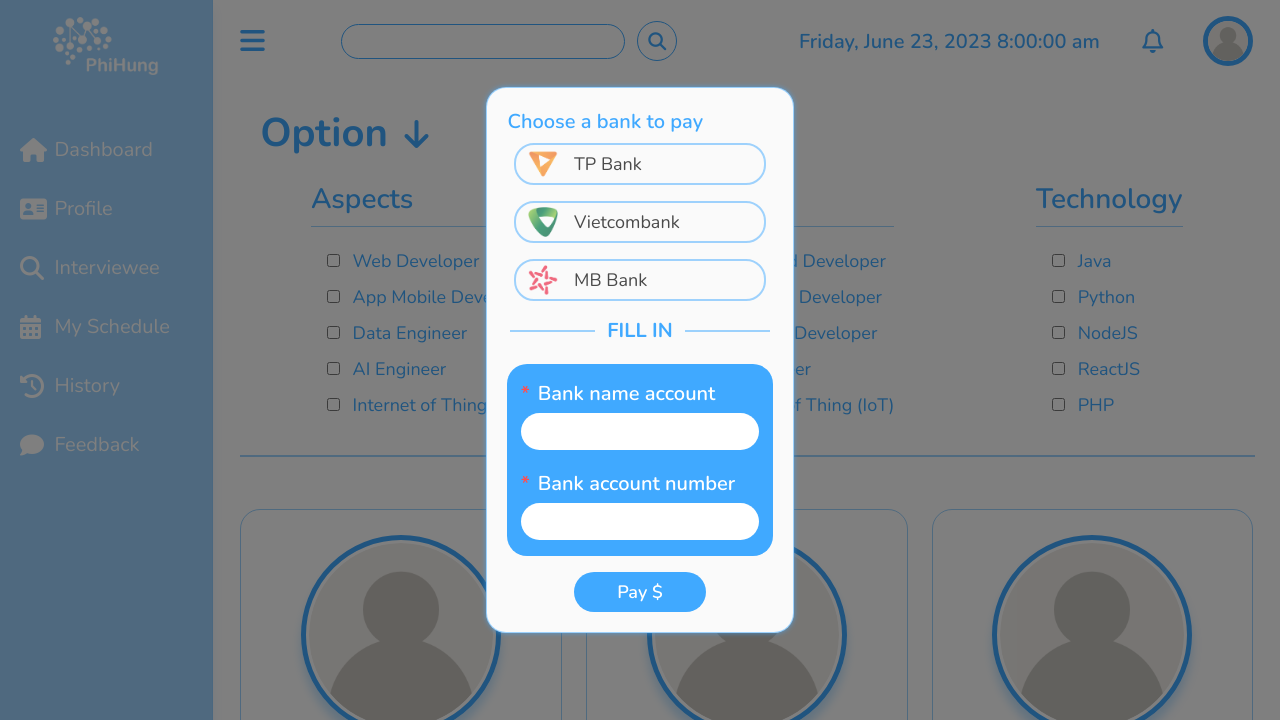
Repository: hphihungit/InterviewService
Page: order.html
The author's editor kept a copy of each file at every save. The page is drawn from the files as they stood at one save, then again after a run of saves.
The browser window is 1280 px wide. The pictures show the window.
A layer covers the whole window, so only the first screen is drawn.

Above is the page before, as saved 2023-06-07 22:36:03.

After the next 2 saves:
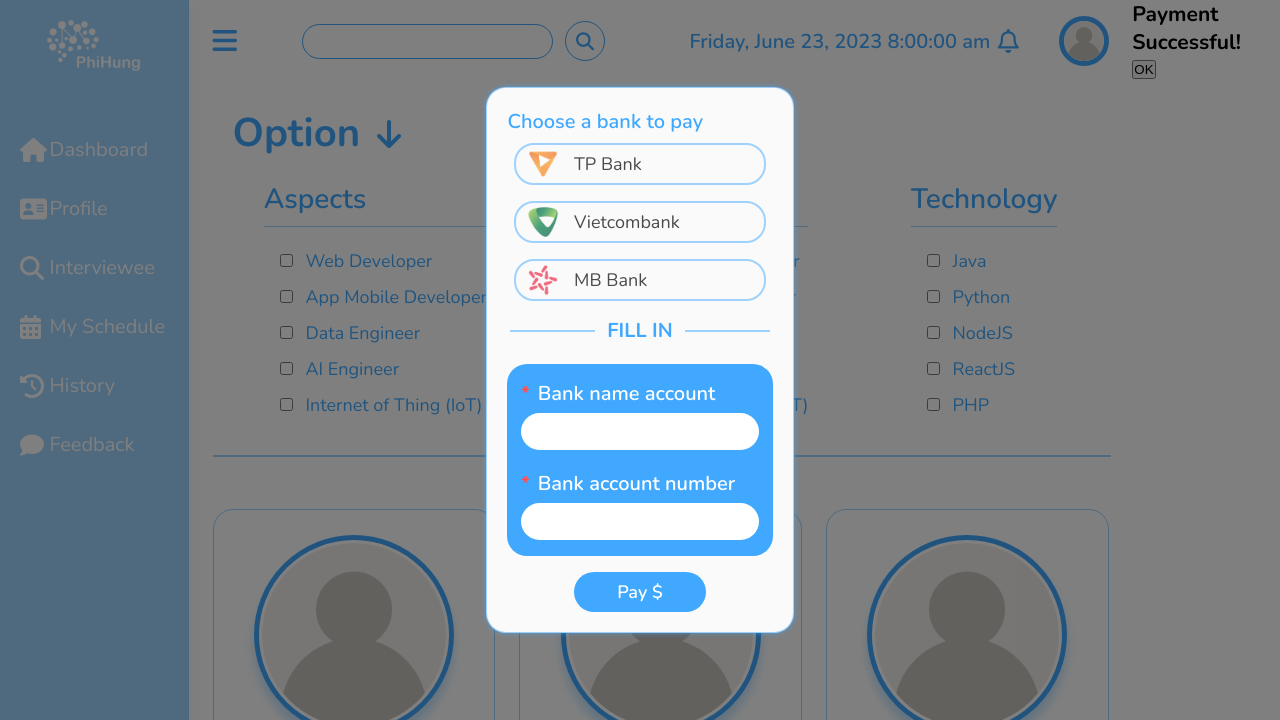
The 2 saves are shown as one change because they came seconds apart.
The last was saved 32 s later.
--- a/order.html
+++ b/order.html
@@ -522,6 +522,11 @@
                 </div>
             </div>
         </div>
+
+        <div id="paymentSuccess" class="payment-success">
+            <h3>Payment Successful!</h3>
+            <button id="continueButton">OK</button>
+        </div>
     </div>
 
     <script>
